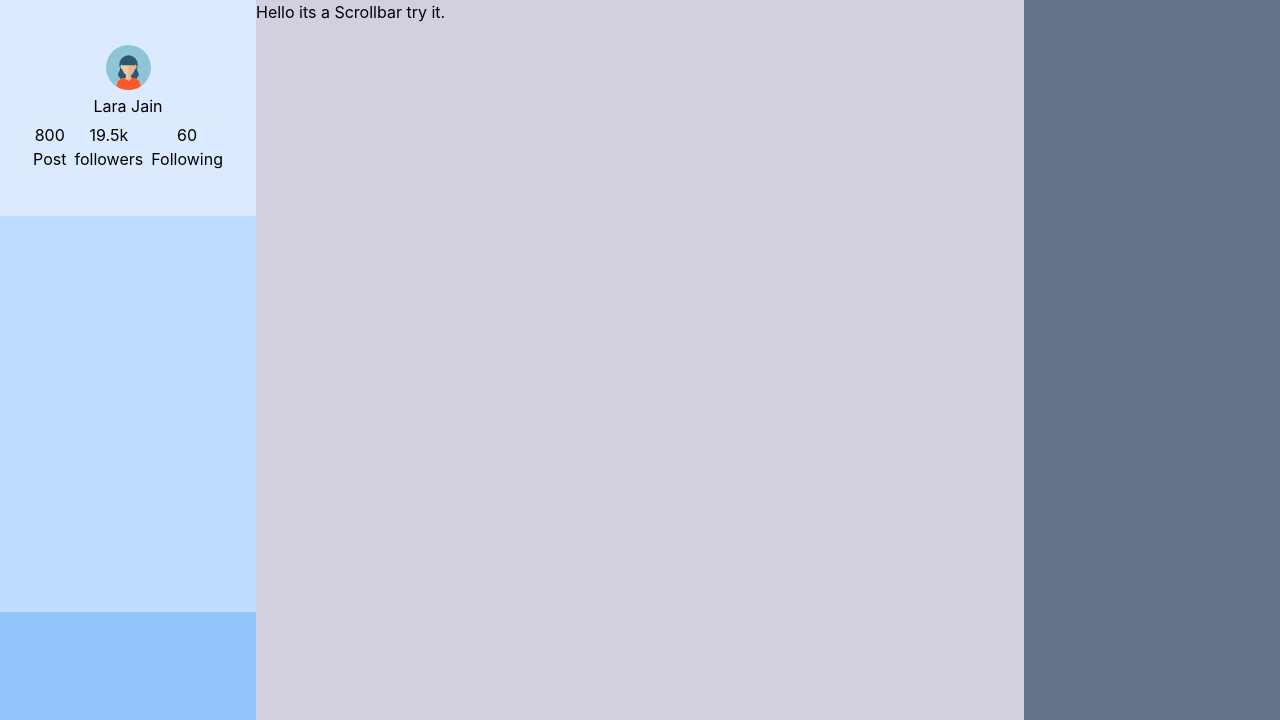
Repository: cosmicswati/upgrad-captions-project
Page: /
These files come from the project's save history. The page is drawn as it stood at one moment and after the next save; the edit follows.
The browser window is 1280 px wide. The pictures show the whole page.
An inner scrolling area shows only its first screen. The project was rebuilt for these pictures with package versions that can differ from the ones it lists, and the page was loaded fresh each time. Also part of the build but not shown: src/components/Input/index.js, src/components/Button/index.js, src/modules/Authorization/Form.jsx, src/modules/Authorization/index.js.

Above is the page before, as saved 2024-04-09 13:58:15.

After the next save:
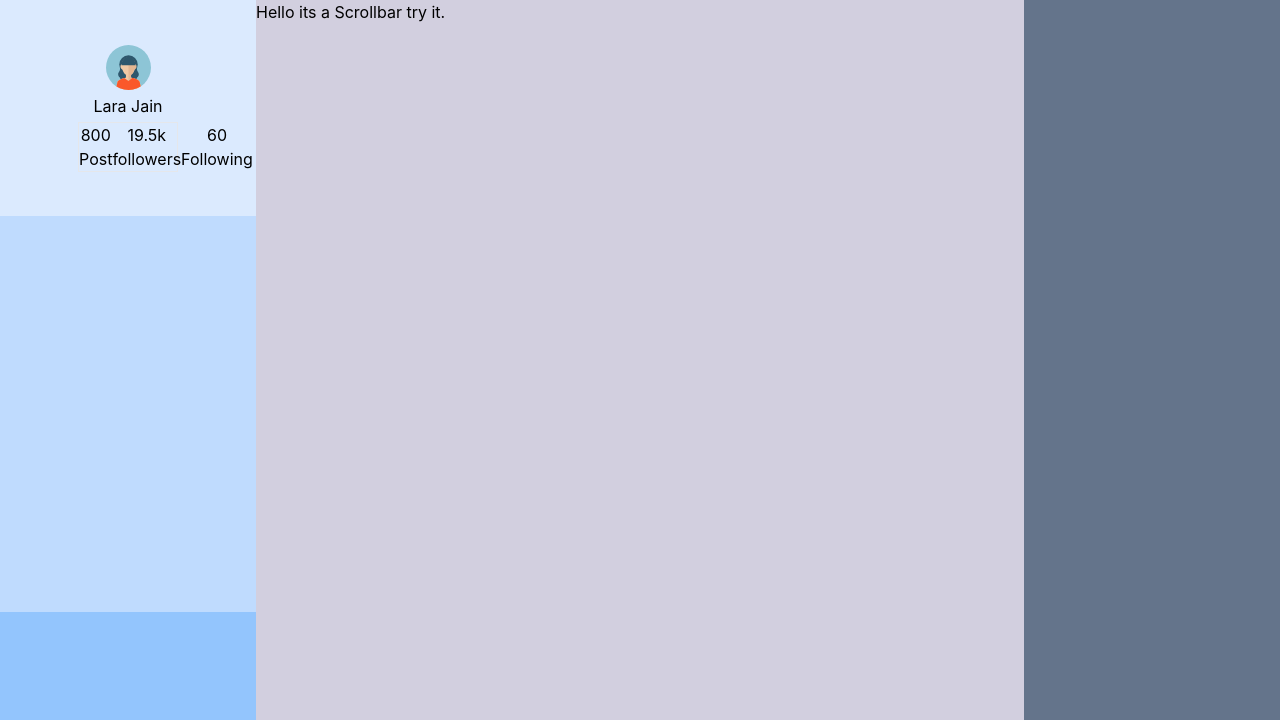
Saved 16 s later.
--- a/src/modules/Home/index.js
+++ b/src/modules/Home/index.js
@@ -9,7 +9,7 @@ const Home = () => {
                 <div className='flex flex-col justify-center items-center'>
                     <Avatar width={'45px'} height={'45px'}/>
                     <p className='my-1'>Lara Jain</p>
-                    <div className='border h-[50px] flex justify-around w-[200px] text-center'>
+                    <div className='border h-[50px] flex justify-around w-[100px] text-center'>
                         <div className='flex flex-col justify-around items-center'>
                             <h4>800</h4>
                             <p>Post</p>
